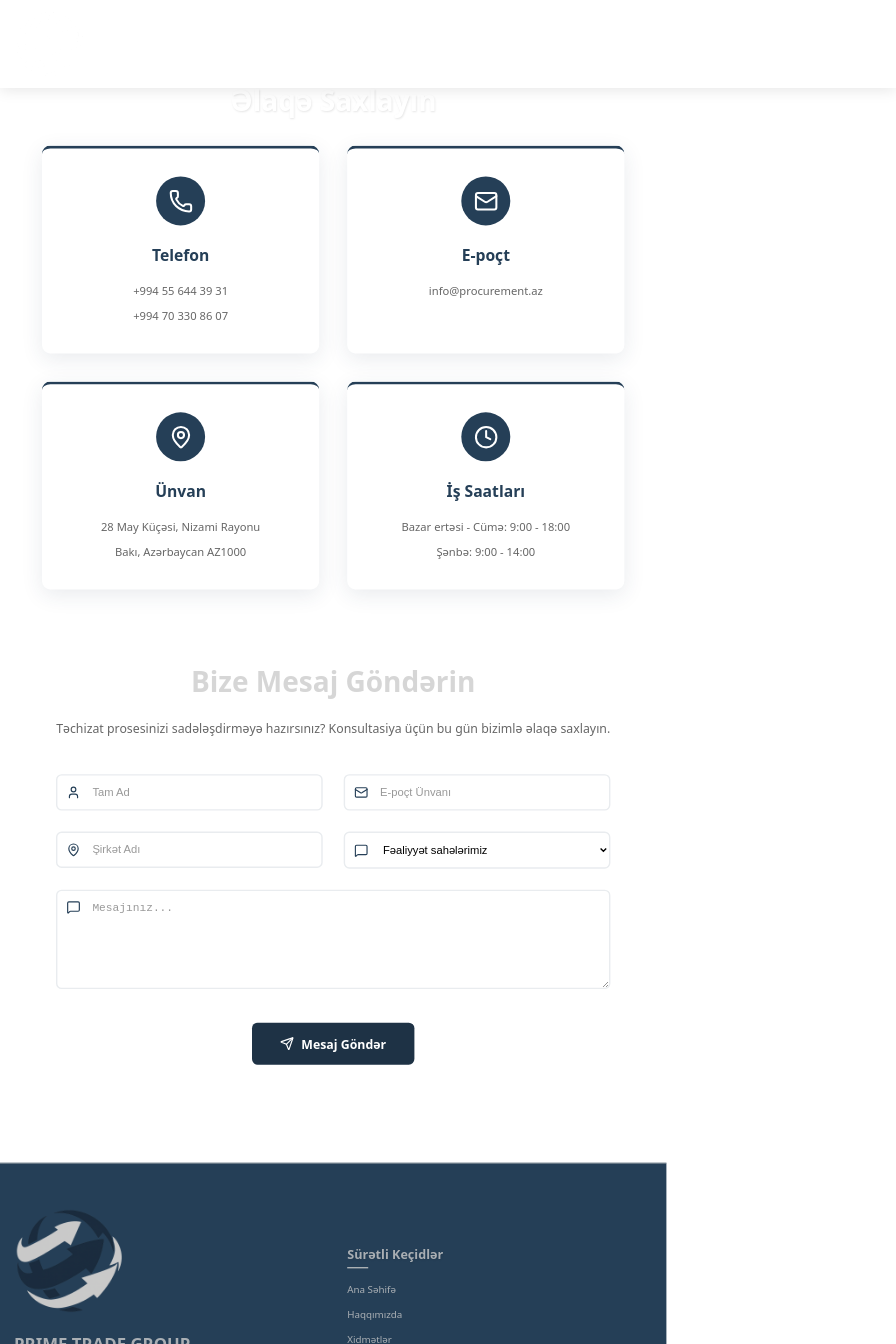
Repository: ferhadsultan98/primetradegroup
Page: /contact
These files come from the project's save history. The page is drawn as it stood at one moment and after a run of saves; the edit follows.
The browser window is 1280 px wide. The pictures show the part of the page from y = 0 to 1920 px (the page is 2525 px tall before and 2961 px after), at 70% of full size.
The page's requests for data from a server got no answer. The project was rebuilt for these pictures with package versions that can differ from the ones it lists, and the page was loaded fresh each time. No one was signed in, and anything a server would have sent is missing. Also part of the build but not shown: vite.config.js, src/Components/Mainlayout/MainLayout.scss, src/Pages/Home/HomeSection.scss, src/Pages/Home/TestimonialSection/TestimonialSection.jsx, src/Pages/Home/CTASection/CTASection.scss, src/Pages/Home/CTASection/CTASection.jsx, src/Pages/Home/ProcessSection/ProcessSection.scss, src/Pages/Home/ProcessSection/ProcessSection.jsx and 24 more.

Above is the page before, as saved 2025-08-09 00:15:21.

After the next 2 saves:
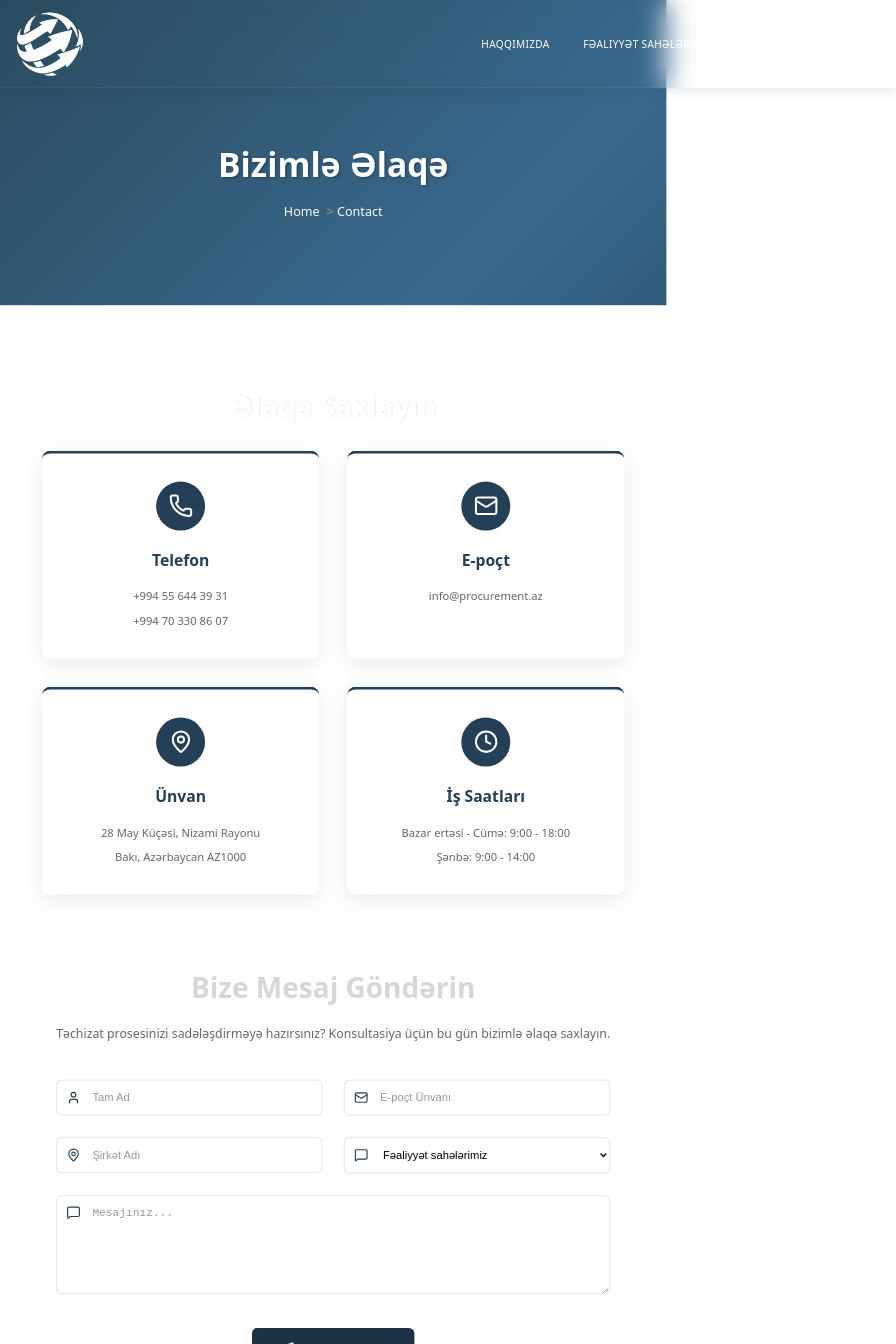
The 2 saves are shown as one change because they came seconds apart.
The last was saved 8 s later.
--- a/src/Pages/Contact/Contact.jsx
+++ b/src/Pages/Contact/Contact.jsx
@@ -79,6 +79,10 @@ const ContactSection = () => {
 
   return (
     <>
+     <SectionHeader
+          title={t("contact.section_header.title")}
+          subtitle={t("contact.section_header.subtitle")}
+        />
     <div className="contactContainer">
       <Helmet>
         <title>BİZİMLƏ ƏLAQƏ - PRIME TRADE GROUP MMC</title>
